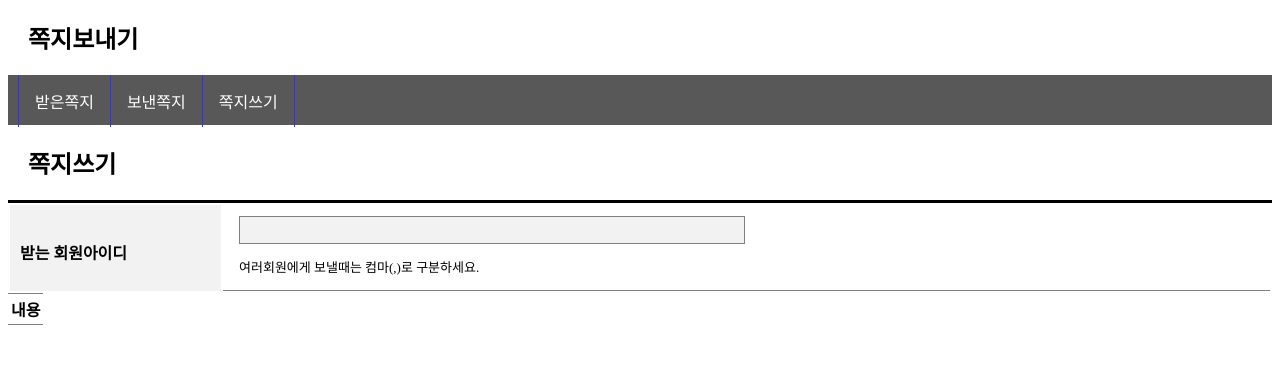
Repository: ks12b0000/JSP-School-Class
Page: chap10_JSP/src/main/webapp/Test/sendMessage.html
An editor plug-in stored every save of this project. The page is shown before and after the next save, followed by the edit.
The browser window is 1280 px wide. The pictures show the whole page.

Above is the page before, as saved 2022-06-04 11:28:50.

After the next save:
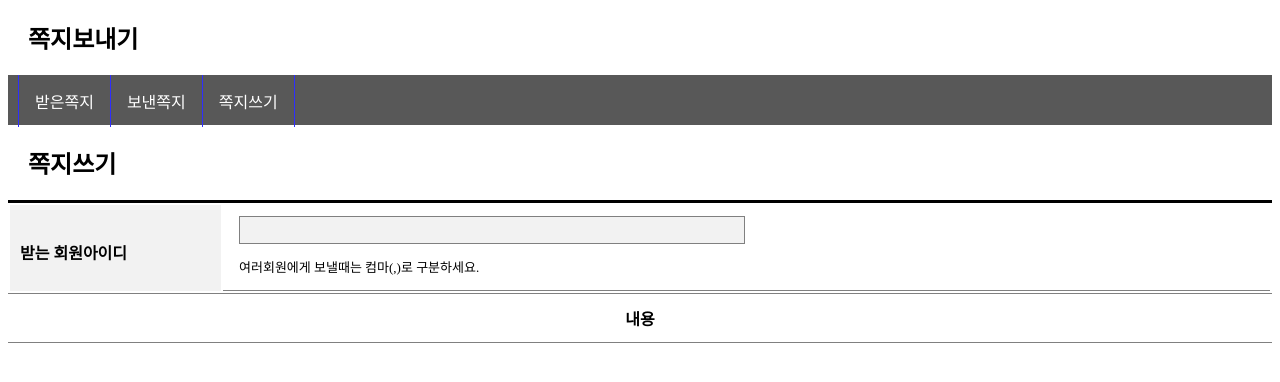
Saved 69 s later.
--- a/chap10_JSP/src/main/webapp/Test/loginWrite.css
+++ b/chap10_JSP/src/main/webapp/Test/loginWrite.css
@@ -260,4 +260,6 @@
 	.Profile4 {
 		border-top: 1px solid gray;
 		border-bottom: 1px solid gray;
-	}
+		width: 100%;
+		height: 50px;
+	}
